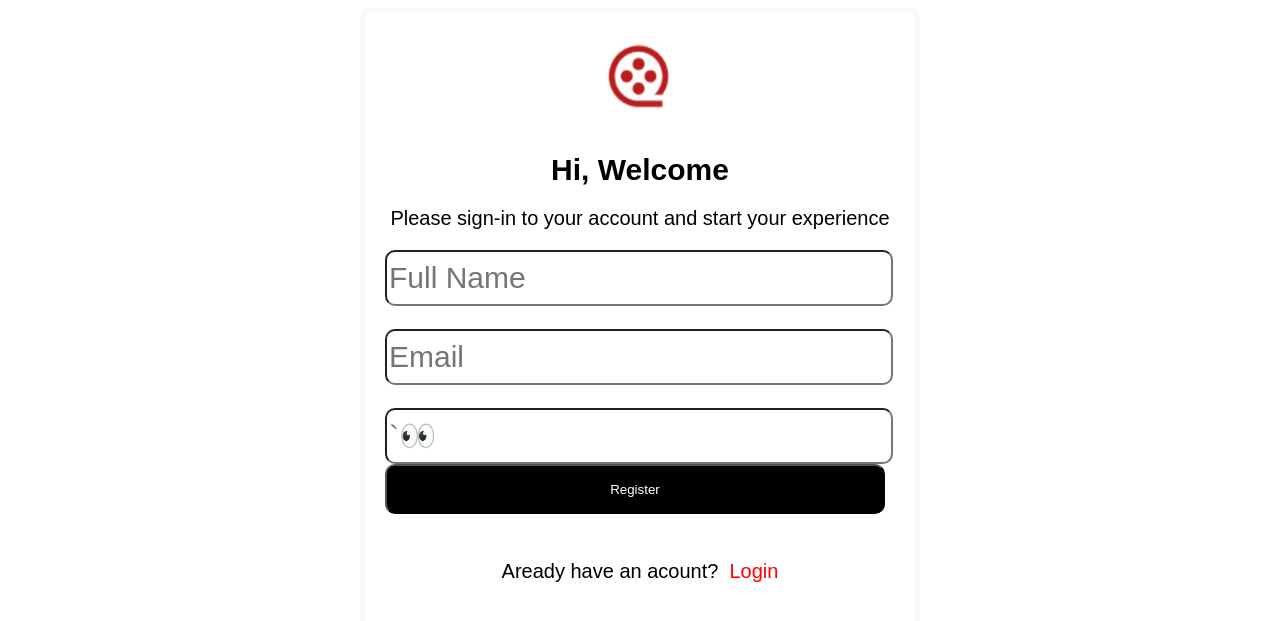
Repository: KingBoyMaylow/movie-task
Page: index.html
These files come from the project's save history. The page is drawn as it stood at one moment and after a run of saves; the edit follows.
The browser window is 1280 px wide. The pictures show the whole page.

Above is the page before, as saved 2024-05-20 19:21:09.

### index.html
<!DOCTYPE html>
<html>
<head>
    <link rel="stylesheet" href="script.css">
  <title>Free Movies</title>
</head>
<body>
    <div class="firstdiv">
        <img src="WhatsApp Image 2024-05-20 at 13.51.03_2167d28e.jpg" alt="div">
        <h1>Hi, Welcome</h1>
  <h3>Please sign-in to your account and start your experience</h3>

  <form action="signup.php" method="post">

    <label form="<div class="form-group">
      <label for=""></label>
      <input type="Full Name" class="form-control" name="Full Name" id="full Name" placeholder="Full Name">
    <br>

    <br><label form="<div class="">
      <label for=""></label>
      <input type="email" class="form-control" name="email" id="email" placeholder="Email">
    <br>

    <br><label form="<div class="form-group">
      <label for=""></label>
      <input type="password" class="form-control" name="" id="" placeholder=`&#128064;
    <br>

    <br><input type="submit" value="Register" class="register-btn">
  <br>

    <br><br><span>Aready have an acount? &nbsp; <a href="http://127.0.0.1:5500/2index.html">Login</a></span>
</div>
</body>
</html>

### script.css
body{
    font: 1em sans-serif;
    font-size: 20px;
    font-weight: 100px;
    display: flex;
    flex-direction: column;
    flex-wrap: wrap;
    justify-content: center;
    align-items: center;
}
h3{
    font-size: 20px;
    font-weight: normal;
    text-align: center;
}

.form-control{
    height: 50px;
    width: 500px;
    border-radius: 10px;
    font-size: 30px;
    margin-left: 20px;
}
h1{
    margin-left: 50px;
    text-align: center;
    font-size: 30px;
    margin-right: 50px;
}
img{
    width: 150px;
    display: block;
    margin: auto;
    height: 120px;
}
.firstdiv{
    border: 5px solid rgb(250, 248, 248);
    border-radius: 10px;
    width: 550px;
    height: 650px;

}
.register-btn{
    width: 500px;
    background-color: black;
    color: white;
    height: 50px;
    border-radius: 10px;
    margin-left: 20px;
}

span a {
    color: red;
    text-decoration: none;
}

.div2{
    border: 5px solid rgb(250, 248, 248);
    border-radius: 10px;
    width: 550px;
    height: 600px;

}
span{
    display: flex;
    justify-content: center;
    align-items: center;
}

After the next 2 saves:
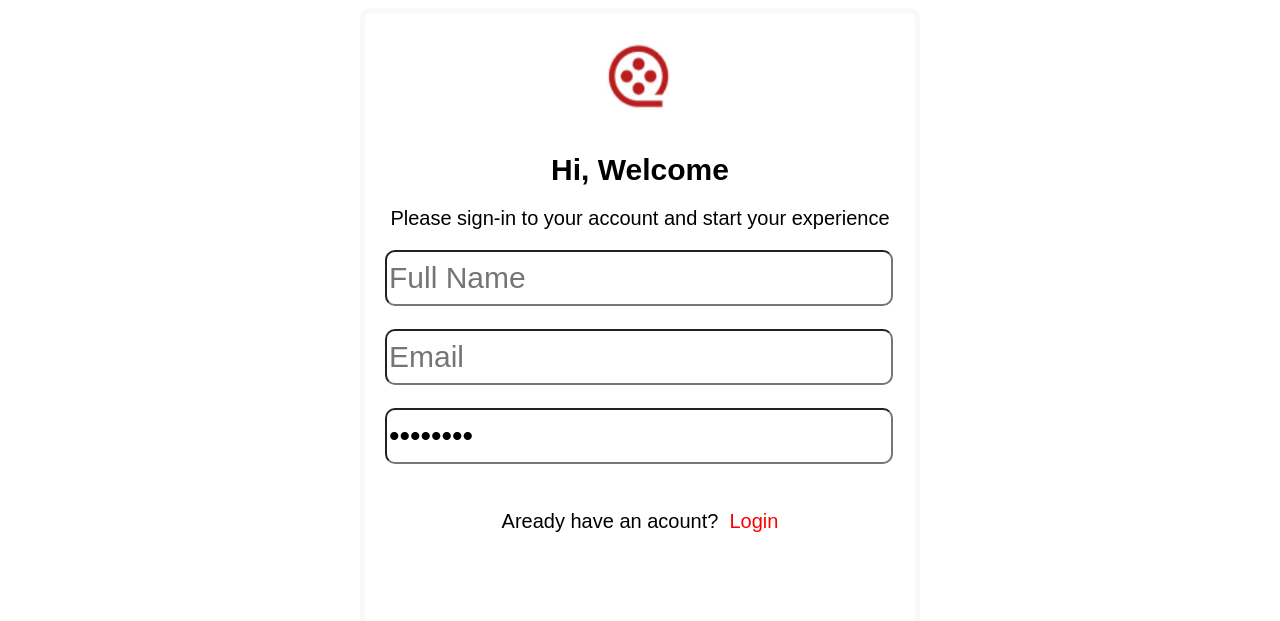
The 2 saves are shown as one change because they came seconds apart.
The last was saved 6 s later.
--- a/index.html
+++ b/index.html
@@ -24,7 +24,7 @@
 
     <br><label form="<div class="form-group">
       <label for=""></label>
-      <input type="password" class="form-control" name="" id="" placeholder=`&#128064;
+      <input type="password" class="form-control" name="" id="" placeholder="&#128064;
     <br>
 
     <br><input type="submit" value="Register" class="register-btn">
